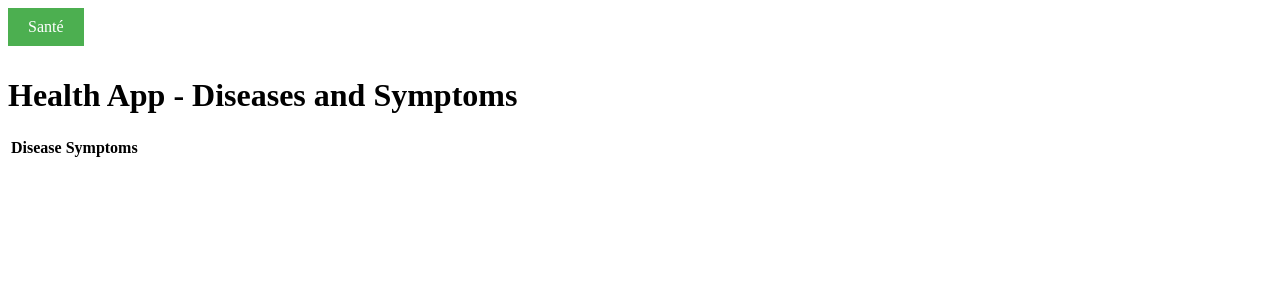
Repository: Sidel-malek/e-sbitar
Page: http://localhost/singup/
An editor plug-in stored every save of this project. The page is shown before and after the next save, followed by the edit.
The browser window is 1280 px wide. The pictures show the whole page.
The page is served by Tomcat 9. Other server files are loaded and not shown.

Above is the page before, as saved 2023-06-03 02:37:07.

### authentification/singup/src/main/webapp/index.jsp
<!DOCTYPE html>
<html>
<head>
    <title>Health App - Diseases and Symptoms</title>
    <style>
        .maladie-image-link,
        .maladie2-image-link {
            display: inline-block;
            padding: 10px 20px;
            background-color: #f1f1f1;
            border: none;
            text-decoration: none;
            color: #333;
            font-size: 16px;
            cursor: pointer;
            margin-bottom: 10px;
        }

        .maladie2-image-link {
            background-color: #4CAF50;
            color: white;
        }

        .maladie-image {
            display: none;
        }
    </style>
</head>
<body>
    <div class="maladie-image" id="maladie-image">
        <button onclick="window.history.back()" class="maladie-image-link">Retour</button>
    </div>

    <div class="maladie2-image" id="maladie2-image">
        <a href="${pageContext.request.contextPath}/maladies" class="maladie2-image-link">Santé</a>
    </div>

    <h1>Health App - Diseases and Symptoms</h1>

    <table id="diseasesTable">
        <thead>
            <tr>
                <th>Disease</th>
                <th>Symptoms</th>
            </tr>
        </thead>
        <tbody id="diseasesBody"></tbody>
    </table>

    <script>
        // JavaScript code for handling user role and displaying elements
        var userRole = "${pageContext.request.getAttribute('role')}";

        if (userRole !== 'Patient') {
            document.getElementById("maladie-image").style.display = "none";
        }
    </script>
</body>
</html>

After the next save:
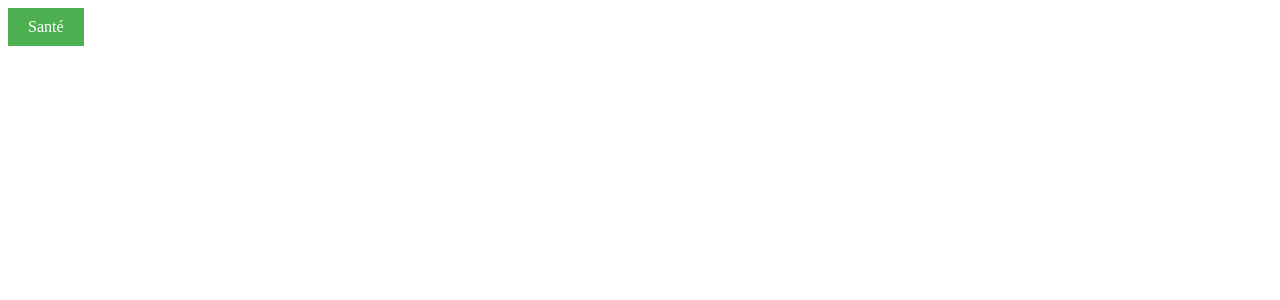
Saved 64 s later.
--- a/authentification/singup/src/main/webapp/index.jsp
+++ b/authentification/singup/src/main/webapp/index.jsp
@@ -35,17 +35,6 @@
         <a href="${pageContext.request.contextPath}/maladies" class="maladie2-image-link">Santé</a>
     </div>
 
-    <h1>Health App - Diseases and Symptoms</h1>
-
-    <table id="diseasesTable">
-        <thead>
-            <tr>
-                <th>Disease</th>
-                <th>Symptoms</th>
-            </tr>
-        </thead>
-        <tbody id="diseasesBody"></tbody>
-    </table>
 
     <script>
         // JavaScript code for handling user role and displaying elements
